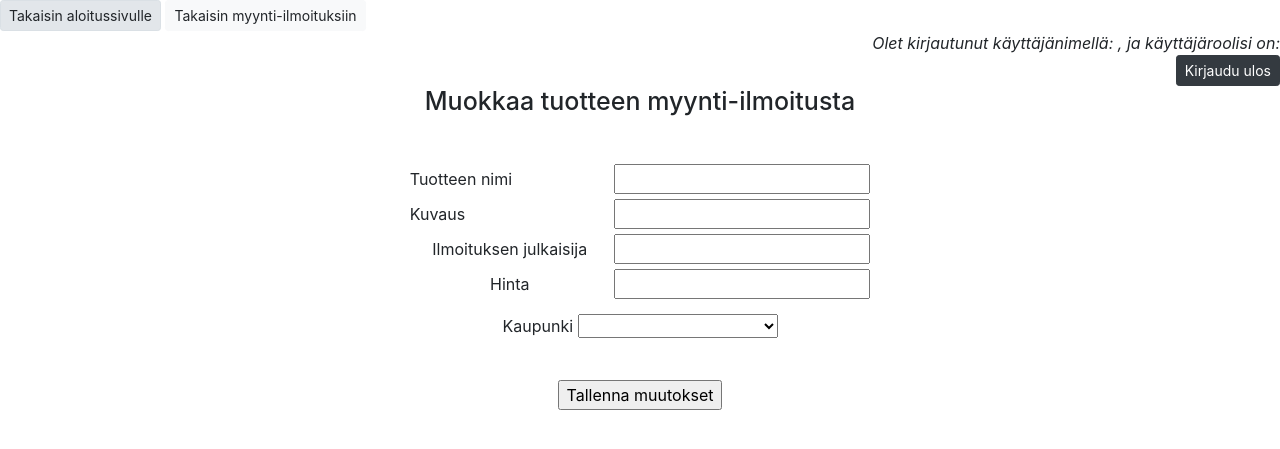
Repository: LiljestromNadja/Backend_s2023_harjoitustyo
Page: http://localhost/editArticle
The author's editor kept a copy of each file at every save. The page is drawn from the files as they stood at one save, then again after the next save.
The browser window is 1280 px wide. The pictures show the whole page.
The page is this project's Thymeleaf template; nobody is signed in. The template is opened directly, without the code that normally fills it, so the values that code supplies are empty.

Above is the page before, as saved 2023-11-10 16:47:10.

After the next save:
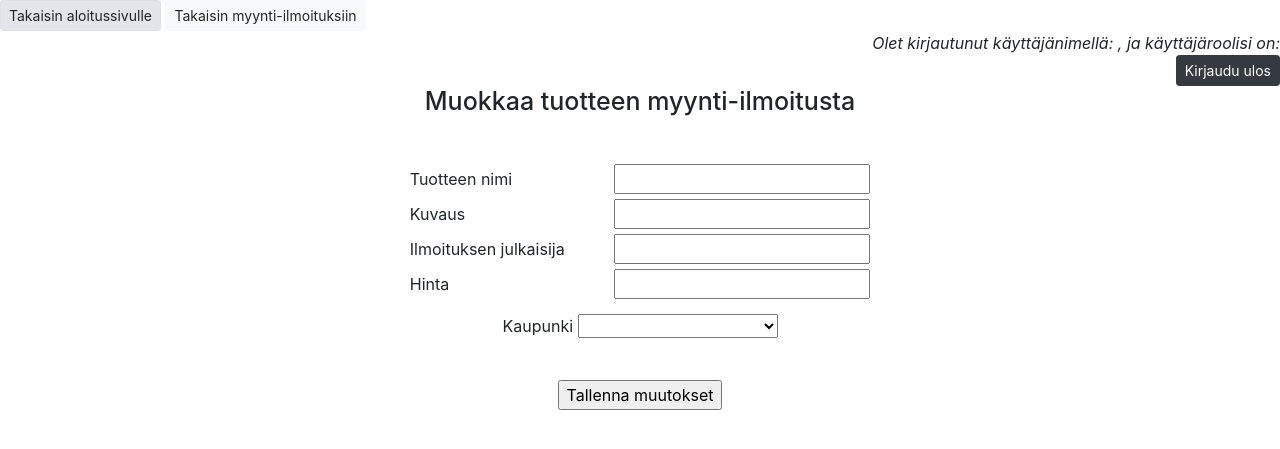
Saved 21 s later.
--- a/harkkas23v01/src/main/resources/templates/editArticle.html
+++ b/harkkas23v01/src/main/resources/templates/editArticle.html
@@ -38,7 +38,7 @@
 			  	<input type="text" th:field="*{description}" />
 				</div>
 				<div>
-			  	<label style="width: 200px">Ilmoituksen julkaisija</label>
+			  	<label style="width: 200px; text-align: left;">Ilmoituksen julkaisija</label>
 				<input type="text" th:field="*{publisher}" />
 				</div>
 <!-- 			<div>
@@ -46,7 +46,7 @@
 				<input type="text" th:field="*{dateadded}" />
 				</div> Käyttäjä ei syötä tätä tietoa-->
 				<div>
-			  	<label style="width: 200px">Hinta</label>
+			  	<label style="width: 200px; text-align: left;">Hinta</label>
 				<input type="number" th:field="*{price}" step="0.01"  />
 				</div>
 				<div style="clear: both; display: block; height: 10px;"></div>
